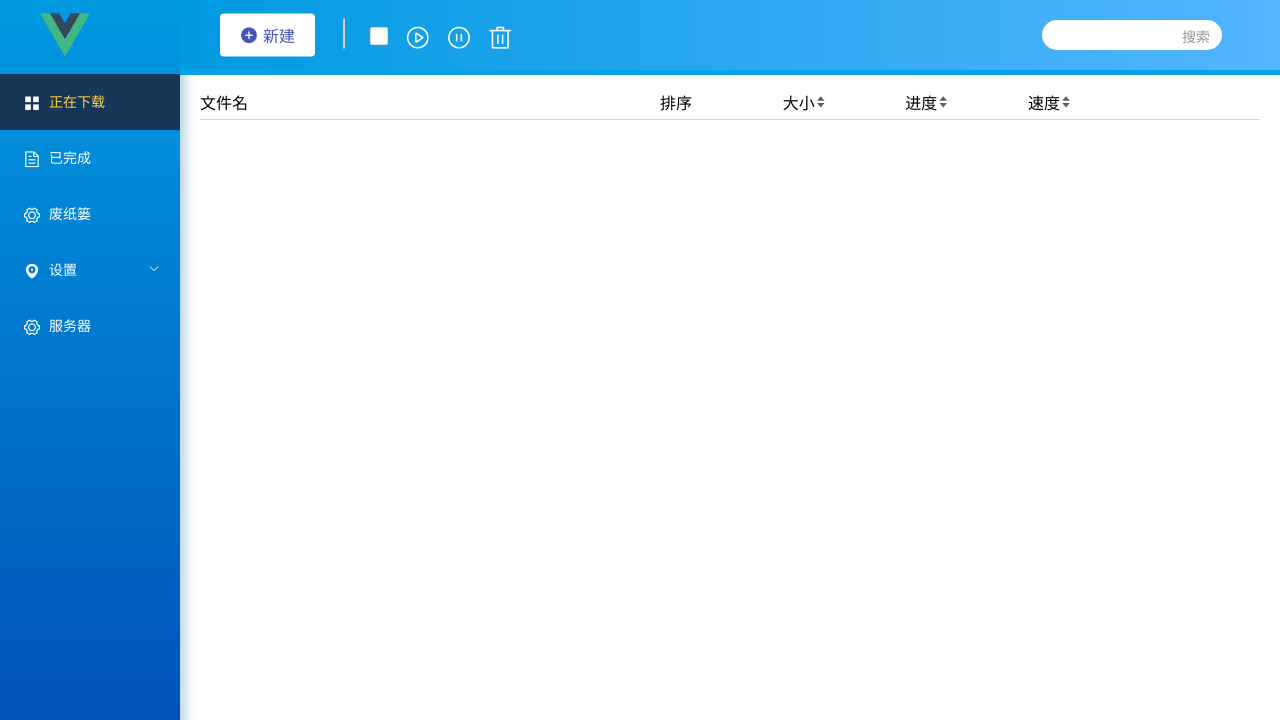
Repository: Ahui-qn/Aria2
Page: /
An editor plug-in stored every save of this project. The page is shown before and after the next save, followed by the edit.
The browser window is 1280 px wide. The pictures show the whole page.
The page's requests for data from a server got no answer. The project was rebuilt for these pictures with package versions that can differ from the ones it lists, and the page was loaded fresh each time. No one was signed in, and anything a server would have sent is missing. Also part of the build but not shown: src/components/Tables.vue.

Above is the page before, as saved 2021-11-03 11:26:13.

### src/main.js
import Vue from "vue";
import App from "./App.vue";
import router from "./router";
import store from "./store";
import Aria2Client from "./aria2-client.js"
import ElementUI from 'element-ui'
import 'element-ui/lib/theme-chalk/index.css'
import './assets/global.css'

Vue.use(ElementUI)


Vue.config.productionTip = false;

window.aria3 = new Aria2Client({
                    host: 'localhost',
                    port: 6800,
                    secret: '123456',
                })


new Vue({
  router,
  store,
  render: (h) => h(App),
}).$mount("#app");

### src/App.vue
<style lang="less" scopen>
* {
    margin: 0;
    padding: 0;
    box-sizing: border-box;
}
#app {
    display: flex;
    height: 100%;
     .el {
         height: 100%;
        .outmost-menu {
            border: none;
            width: 180px;
            height: 100%;
            box-shadow:5px 10px 10px 0px #0069994c;
            background-image:linear-gradient(#009ae1, #0052b9);
            padding-top: 10px;
            i {
                color: white;
            }
            .frist {
                margin-top: 14px;
            }
            img {
                display: block;
                width: 50px;
                margin-left: 40px;
            }
            .el-submenu {
                .el-menu {
                    background-color: #1c66ab;
                    .el-menu-item {
                        min-width: 0;
                    }
                    .el-menu-item:focus {   // 设置分组里focus颜色
                        background-color: #173658;
                    }
                    .el-menu-item-group__title {
                        display: none;
                    }
                }
            }
            .is-active {       //设置分组外层的focus颜色
                background-color: #173658;
            }
            .el-menu-item:hover {
                background-color: #173658;
            }

            .el-submenu__title:hover {
                background-color: #173658;
            }
        }
    }
    header {
        flex-grow: 1;
        nav {
            height: 70px;
            width: 100%;
            background-image:linear-gradient(to right, #009ae1, #54b5ff);
            position: relative;
            box-shadow:#09a2e9 0px 5px 0px 0px;
            .edit-status {
                height: 100%;
                padding-left:20px;
                .new {
                    margin-left: 20px;
                    background-color: #fff;
                    position: absolute;
                    color: #4355bd;
                    top: 50%;
                    transform: translateY(-50%);
                    border: none;
                    font-size: 16px;
                    a {
                        text-decoration:none;
                        color: #4355bd;
                    }
                    i {
                        font-size: 18px;
                    }
                }
                .new::after {
                    content: '';
                    height: 30px;
                    width: 2px;
                    background-color: rgb(210, 210, 210);
                    position: absolute;
                    top: 5px;
                    right: -30px;
                }
                .el-button-group::before {
                    content: none;
                }
                .el-button-group {
                    display: flex;
                    justify-content: space-between;
                    align-items: center;
                    padding: 0;
                    height: 50px;
                    width: 160px;
                    position: absolute;
                    left: 190px;
                    top:53%;
                    transform: translateY(-50%);
                    .el-checkbox__inner{
                        width: 18px;
                        height: 18px;
                    }
                    .el-checkbox__inner::after{
                        width: 7px;
                        height: 13px;
                        transform:rotate(42deg) scaleY(1) translate(-1px,-2px);
                    }

                    .el-button--primary {
                        border:none
                    }
                    .el-button{
                        background-color: rgba(255, 127, 80, 0);
                        border-radius: 0;
                        padding: 0;
                        i {
                            font-size: 25px;
                        }
                    }
                }
                label.search {
                    position: absolute;
                    top: 50%;
                    right: 50px;
                    transform: translateY(-50%);
                    span {
                        color: rgb(150, 150, 150);
                        position: absolute;
                        top: 6px;
                        right: 20px;
                        font-weight: 200;
                        font-size: 14px;
                    }
                    input {
                        width: 180px;
                        height: 30px;
                        border-radius: 999px;
                        border: none;
                        margin-right: 8px;
                        padding: 0 10px;
                    }
                }
            }
        }
    }
}
</style>

<template>
    <div id="app">
        <div class="el">
            <el-menu class="outmost-menu" text-color="#fff" active-text-color="#ffd04b" :router="true" :default-active="currentPath()">
                <img class="" src="./assets/logo.png" alt="" />
                <el-menu-item class="frist" index="/">
                    <i class="el-icon-menu"></i>
                    <span slot="title">正在下载</span>
                </el-menu-item>
                <el-menu-item index="/completed">
                    <i class="el-icon-document"></i>
                    <span slot="title">已完成</span>
                </el-menu-item>
                <el-menu-item index="/deleted">
                    <i class="el-icon-setting"></i>
                    <span slot="title">废纸篓</span>
                </el-menu-item>
                <el-submenu index="/settings">
                    <template slot="title">
                        <i class="el-icon-location"></i>
                        <span>设置</span>
                    </template>
                    <el-menu-item-group>
                        <el-menu-item index="/settings/basic">基础设置</el-menu-item>
                        <el-menu-item index="/settings/http">HTTP设置</el-menu-item>
                        <el-menu-item index="/settings/rpc">RPC设置</el-menu-item>
                        <el-menu-item index="/settings/advanced">高级设置</el-menu-item>
                    </el-menu-item-group>
                </el-submenu>
                <el-menu-item index="/server">
                    <i class="el-icon-setting"></i>
                    <span slot="title">服务器</span>
                </el-menu-item>
            </el-menu>
        </div>
        <header>
            <nav>
                <div class="edit-status">
                    <router-link to="/new">
                        <el-button type="primary" class="new" icon="el-icon-circle-plus">新建</el-button>
                    </router-link>
                    <el-button-group>
                        <el-checkbox @change="selectAll"></el-checkbox>   <!--全选按钮 ,拿取到当前组件的内容传递过去-->
                        <el-button type="primary" icon="el-icon-video-play" @click.native="editStatus('unpause')"></el-button>  <!--开始按钮-->
                        <el-button type="primary" icon="el-icon-video-pause" @click.native="editStatus('pause')"></el-button>  <!--暂停按钮-->
                        <el-button type="primary" icon="el-icon-delete" @click.native="editStatus('remove')"></el-button>   <!--删除按钮-->
                    </el-button-group>
                    <label class="search"><input type="text" /><span>搜索</span></label>
                </div>
            </nav>
            <router-view ></router-view>
        </header>
    </div>
</template>

<script>
import { mapMutations, mapActions } from 'vuex'

export default {
    name: 'App',
    data() {
        return {}
    },
    methods: {
         ...mapActions([
            'editStatus',
            ]),
        ...mapMutations([
            'selectAll',
            ]),
        currentPath() {
            return /\/\w*\/?/.exec(location.hash)[0]
        },
    },
}
</script>

### src/router/index.js
import Vue from 'vue'
import VueRouter from 'vue-router'
import Downloading from '../views/Downloading'

Vue.use(VueRouter)

const routes = [
    {
        path: '/',
        name: 'Downloading',
        component: Downloading,
    },
    {
        path: '/completed',
        name: 'Completed',
        component: () => import(/* webpackChunkName: "Completed" */ '../views/Completed.vue'),
    },
    {
        path: '/deleted',
        name: 'Deleted',
        component: () => import(/* webpackChunkName: "Deleted" */ '../views/Deleted.vue'),
    },
    {
        path: '/new',
        name: 'new',
        component: () => import(/* webpackChunkName: "newTask" */ '../views/NewTask.vue'),
    },
    {
        path: '/task/:gid',
        name: 'TaskDetails',
        component: () => import(/* webpackChunkName: "TaskDetails" */ '../views/TaskDetails.vue'),
    },
    {
        path: '/settings/:type',
        component: () => import(/* webpackChunkName: "setting" */ '../views/Setting.vue'),
    },

]

const router = new VueRouter({
    routes,
})

export default router

### src/aria2-client.js
class Aria2Client {
    constructor(options) {
        this.options = options
        this.ws = new WebSocket(`ws://${options.host}:${options.port}/jsonrpc`)

        this.lastId = 1
        this.callbacks = {}  // 存储每个每次函数调用的回调函数

        this.connectPromise = new Promise((resolve, reject) => {  // 要么websocket处于连接成功状态，要么处于连接失败状态，正在连接中的话执行下面的forEach会报错
            this.ws.addEventListener('open', () => {
              resolve()
            })
            this.ws.addEventListener('error', (e) => {
              reject('WS_CONNECTION_ERROR')
            })
          })

        this.ws.addEventListener('message', (e) => {
            let data = JSON.parse(e.data)
            let callback = this.callbacks[data.id]  // 无论data是error还是result都带着此次会话id
            delete this.callbacks[data.id]
            if (typeof callback == 'function') {
                callback(data)
            }
        })
    }
}


   ;[
    "addUri",
    "addTorrent",
    "getPeers",
    "addMetalink",
    "remove",
    "pause",
    "forcePause",
    "pauseAll",
    "forcePauseAll",
    "unpause",
    "unpauseAll",
    "forceRemove",
    "changePosition",
    "tellStatus",
    "getUris",
    "getFiles",
    "getServers",
    "tellActive",
    "tellWaiting",
    "tellStopped",
    "getOption",
    "changeUri",
    "changeOption",
    "getGlobalOption",
    "changeGlobalOption",
    "purgeDownloadResult",
    "removeDownloadResult",
    "getVersion",
    "getSessionInfo",
    "shutdown",
    "forceShutdown",
    "getGlobalStat",
    "saveSession"
    ].forEach(methodName => {
        Aria2Client.prototype[methodName] = function (...args) {  // ...args为每个函数的 『 第一个参数之后 』的每个参数
            return this.connectPromise.then(() => {   //

                return new Promise((resolve, reject) => {
                    let id = this.lastId++
                    this.callbacks[id] = function (data) {  //ws.message事件触发调用callback说明data收到
                        if (data.error) {  // 如果data放回的是一个error说明出错
                            reject(data.error)
                        }else {
                            resolve(data.result)    //拿到结果，promise状态确定
                        }
                    }
                    this.ws.send(JSON.stringify({
                        jsonrpc : '2.0',
                        id : id,
                        method: 'aria2.' + methodName,
                        params: [`token:${this.options.secret}`, ...args]
                    }))
                })

            })
        }
    })




    export default Aria2Client

### src/assets/global.css
html, body {
    height: 100%;
    width: 100%;
}

### src/views/Downloading.vue
<style scoped lang="less">
</style>

<template>
    <div id="dowloading">
        <Header :isShowSpeed="true"/>
        <Tables
            v-for="(task) of showSearch"
            @click.native="selectedSwitch(task)"
            :key="task.gid"
            :filename="getLinkName(task)"
            :filesize="getFileSize(task)"
            :progress="getProgress(task)"
            :speed="getDownloadSpeed(task)"
            :selected="selected"
            :task="task"
        />
    </div>
</template>

<script>

import { mapState , mapMutations, mapGetters,  mapActions} from "vuex"
import Header from '../components/Header.vue'
import Tables from  "../components/Tables.vue"
export default {
    name:'downloading',
    data() {
        return {}
    },
    components: {
        Tables,
        Header,
    },
    mounted() {
        this.$store.dispatch('asyncUpdateList')
        this.IntervalId = setInterval(() => {
            this.$store.dispatch('asyncUpdateList')
        },1000)
    },

    beforeDestroy() {
        clearInterval(this.IntervalId)
    },
    computed : {
        ...mapState(['selected']),
        ...mapGetters([
            'showSearch',
            'getLinkName',
            'getProgress',
            'getDownloadSpeed',
            'getFileSize'
            ]),
    },
    methods :{
        ...mapActions(['editStatus']),
        ...mapMutations([   // 函数作用注释在store里
            'selectedSwitch',
            'selectAll',
            'updateList',
            'handleSearchChange',
            ]),
    },
}
</script>

### src/components/Header.vue
<style scoped lang="less">
    .classify {
        margin: 20px;
        font-size: 16px;
        position: relative;
        height: 30px;
        border-bottom: 1px rgba(198, 198, 198, 0.715) solid;
        div.container {
            float: right;
            margin-right:200px ;
            display: flex;
            width: 400px;
            justify-content: space-between;
            div {
                position: relative;
                i {
                    position: absolute;
                    font-size: 12px;
                    color: rgb(94, 94, 94);
                }
                i:nth-of-type(1) {
                    top: 3px;
                }
                i:nth-of-type(2) {
                    top: 9px;
                }
            }
        }
}
</style>
<template>
    <div>
        <header class="classify">
            <span>文件名</span>
            <div class="container">
                <p>排序</p>
                <div>
                    <span>大小</span>
                    <i class="el-icon-caret-top"></i>
                    <i class="el-icon-caret-bottom"></i>
                </div>
                <div>
                    <span>进度</span>
                    <i class="el-icon-caret-top"></i>
                    <i class="el-icon-caret-bottom"></i>
                </div>
                <div v-show="isShowSpeed">
                    <span>速度</span>
                     <i class="el-icon-caret-top"></i>
                     <i class="el-icon-caret-bottom"></i>
                </div>
            </div>
        </header>
    </div>
</template>
<script>
export default {
    name: 'Header',
    props: {
        isShowSpeed: {
            type: Boolean,
            required: false,
            default: true
        }
    }
}
</script>

Loaded but not shown: public/index.html (common file); src/store/index.js (162 lines, source omitted)

After the next save:
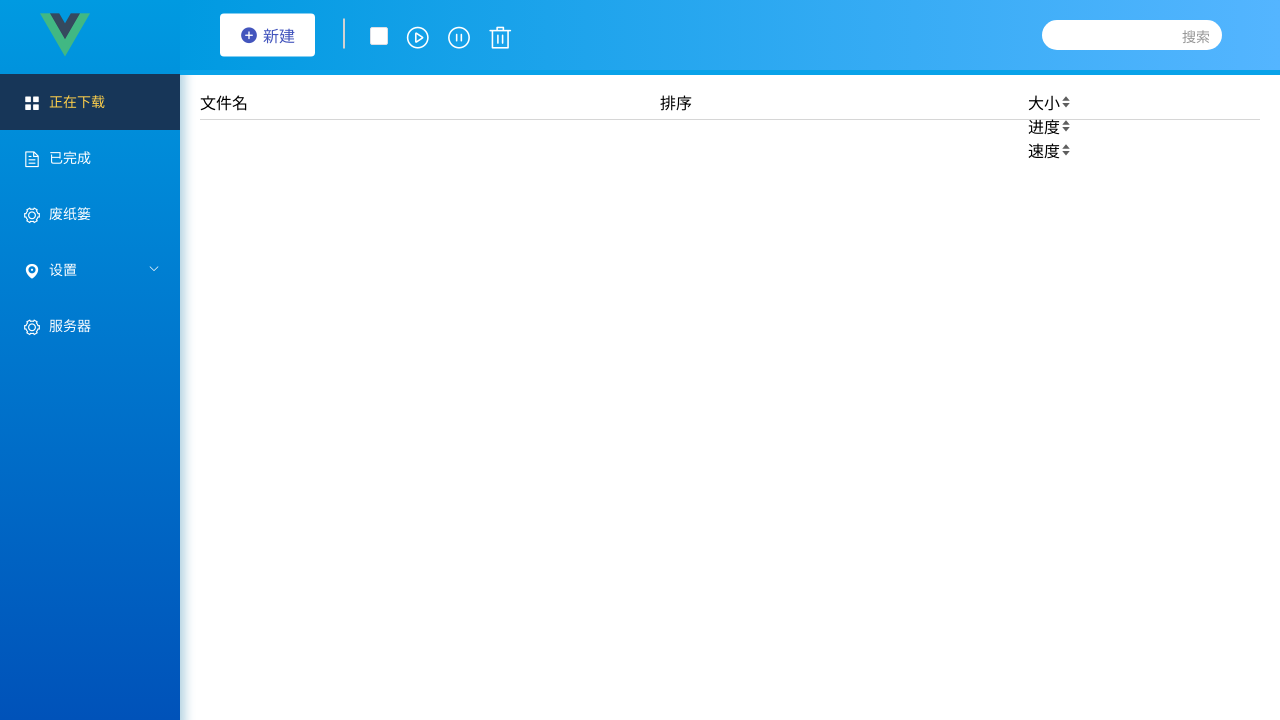
Saved 76 s later.
--- a/src/components/Header.vue
+++ b/src/components/Header.vue
@@ -33,21 +33,25 @@
         <header class="classify">
             <span>文件名</span>
             <div class="container">
-                <p>排序</p>
                 <div>
-                    <span>大小</span>
-                    <i class="el-icon-caret-top"></i>
-                    <i class="el-icon-caret-bottom"></i>
+                    <p>排序</p>
                 </div>
                 <div>
-                    <span>进度</span>
-                    <i class="el-icon-caret-top"></i>
-                    <i class="el-icon-caret-bottom"></i>
-                </div>
-                <div v-show="isShowSpeed">
-                    <span>速度</span>
-                     <i class="el-icon-caret-top"></i>
-                     <i class="el-icon-caret-bottom"></i>
+                    <div>
+                        <span>大小</span>
+                        <i class="el-icon-caret-top"></i>
+                        <i class="el-icon-caret-bottom"></i>
+                    </div>
+                    <div>
+                        <span>进度</span>
+                        <i class="el-icon-caret-top"></i>
+                        <i class="el-icon-caret-bottom"></i>
+                    </div>
+                    <div v-show="isShowSpeed">
+                        <span>速度</span>
+                        <i class="el-icon-caret-top"></i>
+                        <i class="el-icon-caret-bottom"></i>
+                    </div>
                 </div>
             </div>
         </header>

After the save that followed:
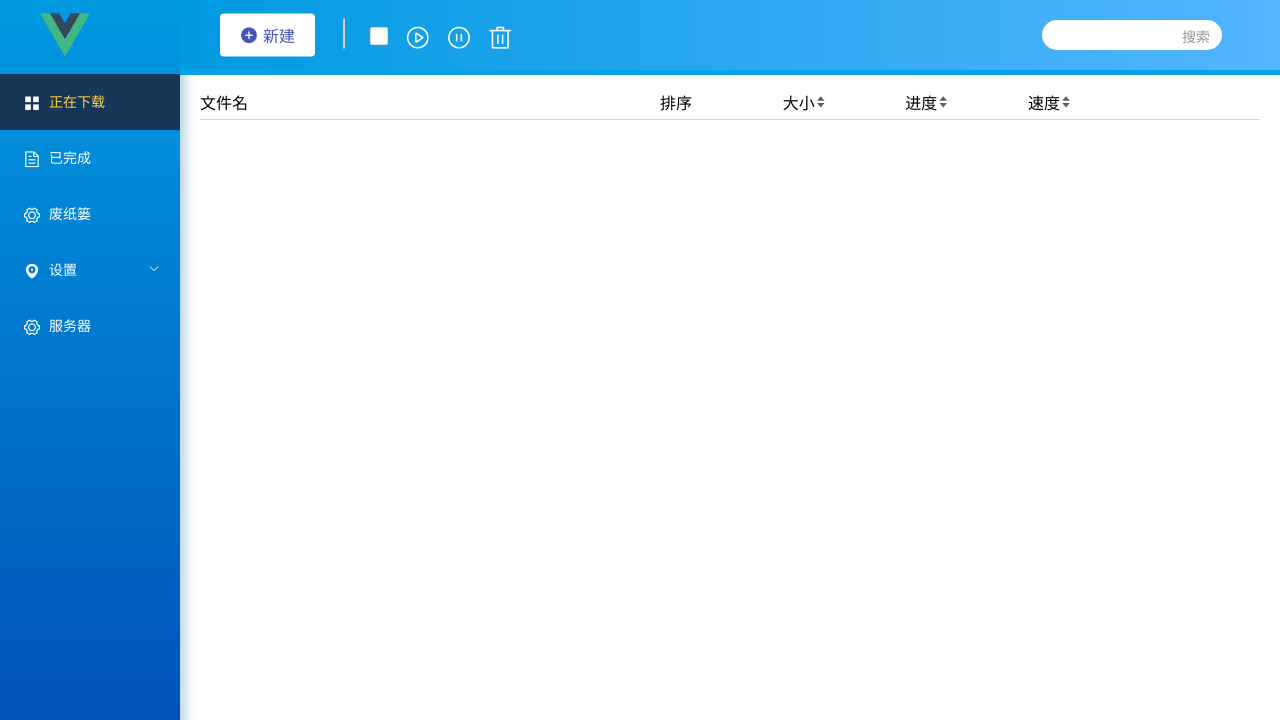
Saved 22 s later.
--- a/src/components/Header.vue
+++ b/src/components/Header.vue
@@ -33,25 +33,21 @@
         <header class="classify">
             <span>文件名</span>
             <div class="container">
+                <p>排序</p>
                 <div>
-                    <p>排序</p>
+                    <span>大小</span>
+                    <i class="el-icon-caret-top"></i>
+                    <i class="el-icon-caret-bottom"></i>
                 </div>
                 <div>
-                    <div>
-                        <span>大小</span>
-                        <i class="el-icon-caret-top"></i>
-                        <i class="el-icon-caret-bottom"></i>
-                    </div>
-                    <div>
-                        <span>进度</span>
-                        <i class="el-icon-caret-top"></i>
-                        <i class="el-icon-caret-bottom"></i>
-                    </div>
-                    <div v-show="isShowSpeed">
-                        <span>速度</span>
-                        <i class="el-icon-caret-top"></i>
-                        <i class="el-icon-caret-bottom"></i>
-                    </div>
+                    <span>进度</span>
+                    <i class="el-icon-caret-top"></i>
+                    <i class="el-icon-caret-bottom"></i>
+                </div>
+                <div v-show="isShowSpeed">
+                    <span>速度</span>
+                     <i class="el-icon-caret-top"></i>
+                     <i class="el-icon-caret-bottom"></i>
                 </div>
             </div>
         </header>
